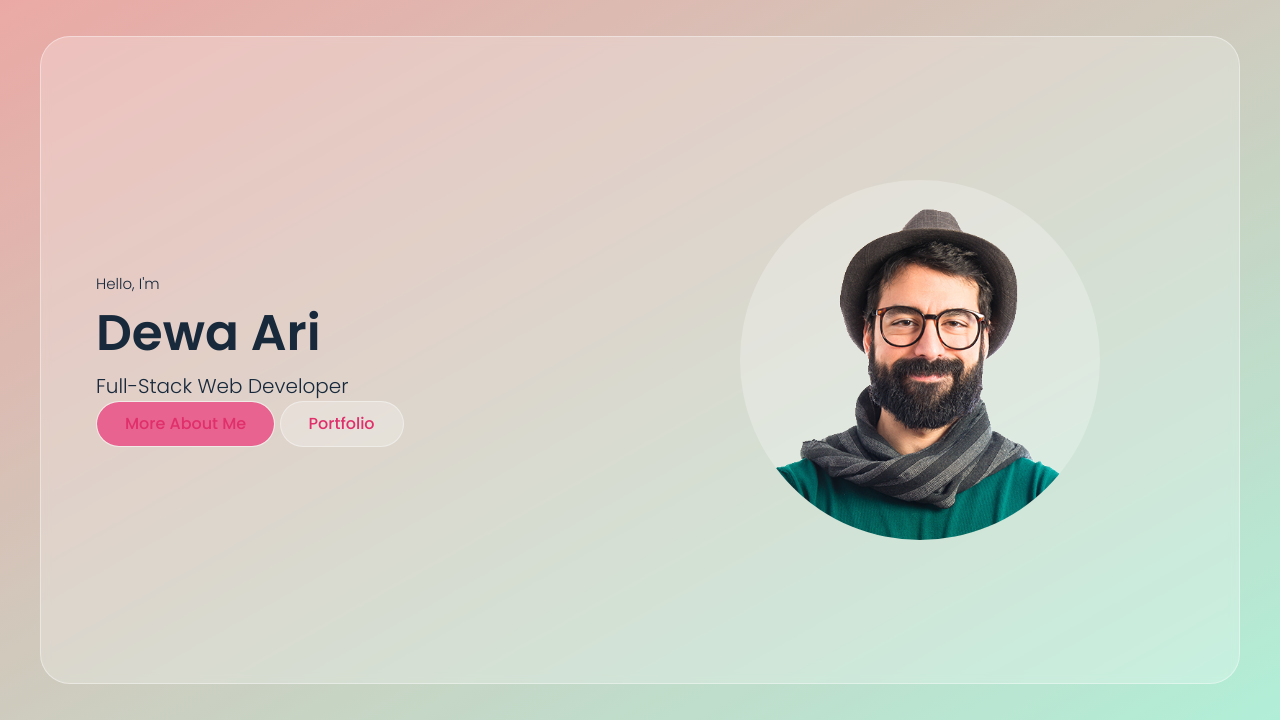
Repository: dewaary/Glassmorp-me
Page: index.html
An editor plug-in stored every save of this project. The page is shown before and after the next save, followed by the edit.
The browser window is 1280 px wide. The pictures show the whole page.
The pointer rests on the first visible `.btn`.

Above is the page before, as saved 2021-05-12 22:36:34.

### index.html
<!DOCTYPE html>
<html lang="en">
<head>
    <meta charset="UTF-8">
    <meta http-equiv="X-UA-Compatible" content="IE=edge">
    <meta name="viewport" content="width=device-width, initial-scale=1.0">
    <link rel="stylesheet" href="style.css">
    <title>Document</title>
</head>
<body>


    <div class="main">

        <section class="home-section align-items-center">
            <div class="container">
                <div class="row align-items-center">
                    <div class="home-text">
                        <p>Hello, I'm</p>
                        <h1>Dewa Ari</h1>
                        <h2>Full-Stack Web Developer</h2>
                        <a href="#" class="btn">more about me</a>
                        <a href="#" class="btn">portfolio</a>
                    </div>
                    <div class="home-img">
                        <div class="img-box">
                            <img src="img/profile-img.png" alt="profile-img">
                        </div>
                    </div>
                </div>
            </div>
        </section>

    </div>

</body>
</html>

### style.css

/* Fonts */
@import url('https://fonts.googleapis.com/css2?family=Poppins:wght@300;400;500;600;700&display=swap');





/* Variables */

:root{
    --main-color: #e02f6b;
    --blue: #0000ff;
    --blue-dark: #18293c;
    --orange: #ffa500;
    --green-yellow: #cddc39;
    --pink-light: #efa2b4;
    --cyan-light: #aef1ee;
    --white: #ffffff;
    --white-alpha-40: rgba(255, 255, 255, 0.40);
    --white-alpha-25: rgba(255, 255, 255, 0.25);
    --backdrop-filter-blur: blur(5px);

}

*{
    box-sizing: border-box;
    padding: 0;
    margin: 0;
    outline: none;
}

::before,
::after{
    box-sizing: border-box;
}

body {
    min-height: 100vh;
    background-image: linear-gradient(to bottom right, var(--pink-light), var(--cyan-light));
    font-size: 16px;
    font-family: 'Poppins', sans-serif;
    font-weight: 300;
    color: var(--blue-dark);
    line-height: 1.5;
    overflow-x: hidden;
    -webkit-tap-highlight-color: transparent;
    padding: 5vh 15px;
}

body::before{
    content: '';
    position: fixed;
    left: 0;
    top: 0;
    height: 100%;
    width: 100%;
    background-color: var(--green-yellow);
    z-index: -1;
    opacity: 0.12;
}

a{
    text-decoration: none;
}

h1, h2{
    font-weight: 600;
}

h3, h4, h5, h6{
    font-weight: 500;
}

img{
   max-width: 100%;
   vertical-align: middle;
}

section {
    background-color: var(--white-alpha-25);
    border: 1px solid var(--white-alpha-40);
    min-height: 90vh;
    border-radius: 30px;
    backdrop-filter: var(--backdrop-filter-blur);
}

.main{
    max-width: 1200px;
    margin: auto;
}

.row{
    display: flex;
    flex-wrap: wrap;
}

.container {
    padding: 0 40px;
    width: 100%;
}

.align-items-center{
    align-items: center;
}

/*
Buttons */

.btn{
    line-height: 1.5;
    background-color: var(--white-alpha-25);
    border: 1px solid var(--white-alpha-40);
    padding: 10px 28px;
    display: inline-block;
    border-radius: 30px;
    color: var(--main-color);
    font-weight: 500;
    text-transform: capitalize;
    font-family: inherit;
    font-size: 16px;
    cursor: pointer;
    user-select: none;
    position: relative;
    overflow: hidden;
    vertical-align: middle;
    transition: width 0.3s ease;
}

.btn::before{
    content: '';
    position: absolute;
    left: 0;
    top: 0;
    height: 100%;
    width: 0%;
    background-color: var(--main-color);
    z-index: -1;
    transition: width 0.3s ease;
}

.btn:hover::before{
    width: 100%;
}

/*
Home Section */

.home-section{
    display: flex;
    padding: 120px 0;
}


.home-text, .home-img{
    width: 50%;
    padding: 15px;
}

.home-text p{
    font-size: 15px;
}

.home-text h2{
    font-size: 20px;
    text-transform: capitalize;
    font-weight: 300;
}

.home-text h1{
    font-size: 50px;
    text-transform: capitalize;
}

.home-img .img-box{
    max-width: 360px;
    background-color: var(--white-alpha-25);
    border-radius: 50%;
    background-color: var(--white-alpha-25);
    margin: auto;
}

.home-img .img-box img{
    width: 100%;
    border-radius: 50%;
}

After the next save:
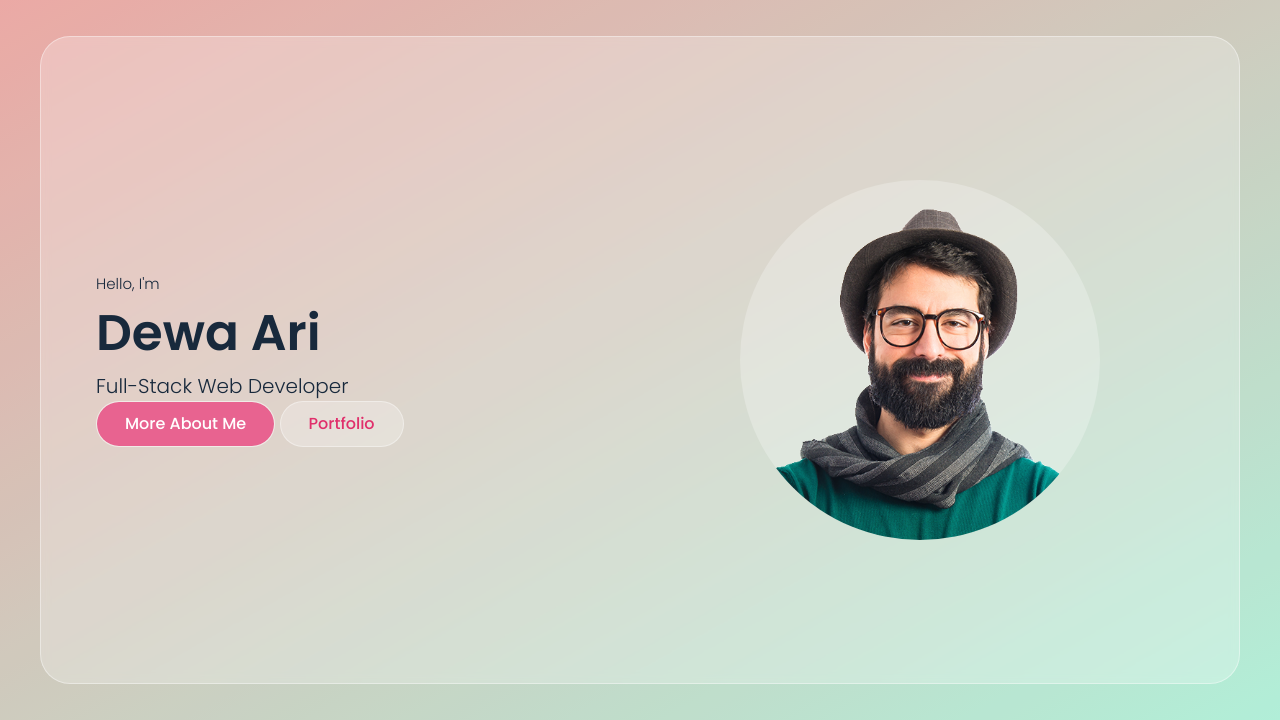
Saved 42 s later.
--- a/style.css
+++ b/style.css
@@ -142,6 +142,9 @@ Buttons */
 .btn:hover::before{
     width: 100%;
 }
+.btn:hover{
+    color: var(--white);
+}
 
 /*
 Home Section */
